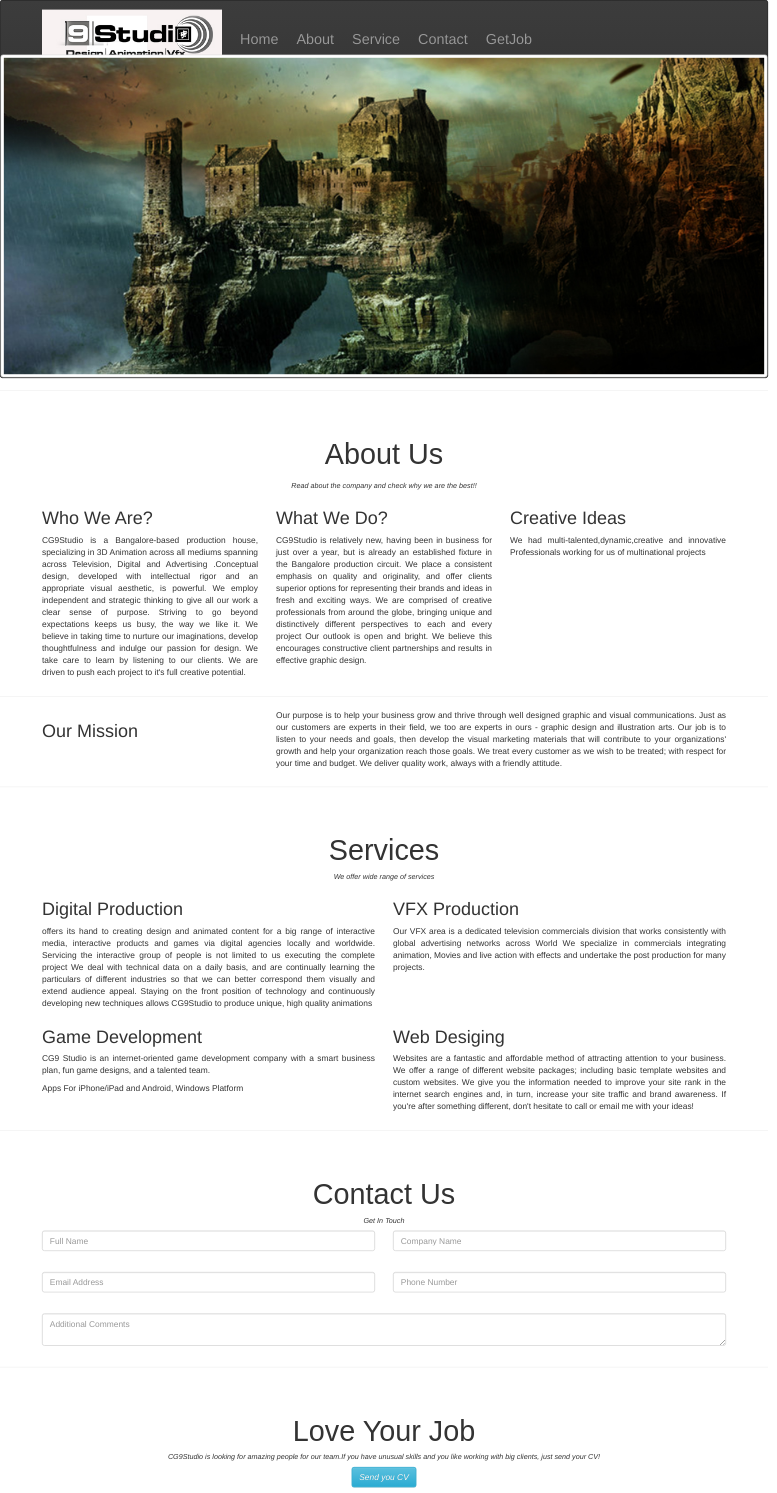
Repository: deepak6sp/BootstrapTheme1
Page: 9studio/WebContent/index.html
These files come from the project's save history. The page is drawn as it stood at one moment and after the next save; the edit follows.
The browser window is 1280 px wide. The page is 1295 px wide, so the pictures cover 1295 px, including what lies to the right of the window. The pictures show the whole page, at 60% of full size.
Some web libraries are served in a nearby version.

Above is the page before, as saved 2014-07-23 13:41:09.

### 9studio/WebContent/index.html
<!DOCTYPE html>
<html>
<head>
<meta charset="ISO-8859-1">
<title>Welcome To 9Studio</title>
<link rel="stylesheet" type="text/css" href="css/style.css">
<link rel="stylesheet" type="text/css" href="css/bootstrap.min.css">
<link rel="stylesheet" type="text/css" href="css/bootstrap-theme.min.css">
</head>
<body>
	<header class="navbar navbar-inverse">
		<div class="container">
			<div class="navbar-header">
				<a class="navbar-brand" href="#" title="9studio"><img src="images/logo.jpg"></a>
				<button class="navbar-toggle" data-toggle="collapse" data-target="#navheaderCollapse">
					<span class="icon-bar"></span>
			        <span class="icon-bar"></span>
			        <span class="icon-bar"></span>
	      		</button>
	      	</div>
	      	<br></br>
      		<div class="collapse navbar-collapse navbar-collapse-top" id="navheaderCollapse">
				<ul class="nav navbar-nav" >
					<li><a href="#">Home</a></li>
					<li><a href="#about-us">About</a></li>
					<li><a href="#service">Service</a></li>
					<li><a href="#contact">Contact</a></li>
					<li><a href="#getjob">GetJob</a></li>
				</ul>
			</div>
		</div>
		<img src="images/home1.jpg" class="img-thumbnail">
	</header>
	<hr><br></br>
		<section id="about-us">
			<div class="container">
				<div class="row text-center"><h1>About Us</h1></div>
				<div class="row text-center"><h6>Read about the company and check why we are the best!!</h6></div>
			</div>
			<div class="container">
				<div class="row">
					<div class="col-md-4">
						<h2>Who We Are?</h2>
						<p class="text-justify">CG9Studio is a Bangalore-based production house, specializing in 3D Animation across all mediums spanning across Television,
						Digital and Advertising .Conceptual design, developed with intellectual rigor and an appropriate visual aesthetic, is powerful.
						We employ independent and strategic thinking to give all our work a clear sense of purpose. Striving to go beyond expectations
						keeps us busy, the way we like it. We believe in taking time to nurture our imaginations, develop thoughtfulness and indulge our
						passion for design. We take care to learn by listening to our clients. We are driven to push each project to it's full creative
						potential.</p>
					</div>
					<div class="col-md-4">
						<h2>What We Do?</h2>
						<p class="text-justify">CG9Studio is relatively new, having been in business for just over a year, but is already an established fixture in the Bangalore
						production circuit. We place a consistent emphasis on quality and originality, and offer clients superior options for representing
						their brands and ideas in fresh and exciting ways. We are comprised of creative professionals from around the globe, bringing unique
						and distinctively different perspectives to each and every project Our outlook is open and bright. We believe this encourages
						constructive client partnerships and results in effective graphic design.</p>
					</div>
					<div class="col-md-4">
						<h2>Creative Ideas</h2>
						<p class="text-justify"> We had multi-talented,dynamic,creative and innovative Professionals working for us of multinational projects</p>
					</div>
				</div>
			</div>
			<hr>
			<div class="container">
				<div class="row">
					<div class="col-md-4">
						<h2>Our Mission</h2>
					</div>
					<div class="col-md-8">
						<p class="text-justify">Our purpose is to help your business grow and thrive through well designed graphic and visual communications. Just as our
						customers are experts in their field, we too are experts in ours - graphic design and illustration arts. Our job is to listen
						to your needs and goals, then develop the visual marketing materials that will contribute to your organizations' growth and help
						your organization reach those goals. We treat every customer as we wish to be treated; with respect for your time and budget. We
						deliver quality work, always with a friendly attitude.
					</div>
				</div>
			</div>
		</section>

	<hr><br></br>
		<section id="service">
			<div class="container">
				<h1 class="row text-center">Services</h1>
				<h6 class="row text-center">We offer wide range of services</h6>
			</div>
			<div class="container">
				<div class="row">
					<div class="col-md-6">
						<h2>Digital Production</h2>
						<p class="text-justify"> offers its hand to creating design and animated content for a big range of interactive media, interactive products and games
						via digital agencies locally and worldwide.  Servicing the interactive group of people is not limited to us executing the complete
						project We deal with technical data on a daily basis, and are continually learning the particulars of different industries so that
						we can better correspond them visually and extend audience appeal. Staying on the front position of technology and continuously
						developing new techniques allows CG9Studio to produce unique, high quality animations</p>
					</div>
					<div class="col-md-6">
						<h2>VFX Production</h2>
						<p class="text-justify">Our VFX area is a dedicated television commercials division that works consistently with global advertising networks across
						World We specialize in commercials integrating animation, Movies and live action with effects and undertake the post production for
						many projects.</p>
					</div>
				</div>
			</div>
			<div class="container">
				<div class="row">
					<div class="col-md-6">
						<h2>Game Development</h2>
						<p class="text-justify">CG9 Studio is  an internet-oriented game development company with a smart business plan, fun  game designs, and a talented team.</P>
						<p class="text-justify">Apps For  iPhone/iPad and Android, Windows Platform</p>
					</div>
					<div class="col-md-6">
						<h2>Web Desiging</h2>
						<p class="text-justify">Websites are a fantastic and affordable method of  attracting attention to your business. We offer a range of different website
						packages; including basic template websites and custom websites. We give you the  information needed to improve your site rank in the
						internet search engines  and, in turn, increase your site traffic and brand awareness.  If you're  after something different, don't
						hesitate to call or email me with your ideas!</p>
					</div>
				</div>
			</div>
		</section>

	<hr><br></br>
		<section id="contact">
			<div class="container">
				<h1 class="row text-center">Contact Us</h1>
				<h6 class="row text-center">Get In Touch</h6>
			</div>
			<div class="container">
				<form class="row">
					<div class="col-md-6">
						<div class="form-group">
							<input type="text" class="form-control" placeholder="Full Name"/>
						</div>
						<br />
						<div class="form-group">
							<input type="email" class="form-control" placeholder="Email Address">
						</div>
						<br />
					</div>
					<div class="col-md-6">
						<div class="form-group">
							<input type="text" class="form-control" placeholder="Company Name">
						</div>
						<br />
						<div class="form-group">
							<input type="number" class="form-control" placeholder="Phone Number">
						</div>
						<br />
					</div>
					<div class="col-md-12">
						<div class="form-group">
							<textarea class="form-control" placeholder="Additional Comments"></textarea>
						</div>
					</div>
				</form>
			</div>
		</section>

	<hr><br></br>
		<section id="getjob">
			<div id="container">
				<div class="row text-center">
					<h1 >Love Your Job</h1>
					<h6 >CG9Studio is looking for amazing people for our team.If you have unusual skills and you like working with big clients, just send your CV!</h6>
					<h6 ><button type="button" class="btn btn-info">Send you CV</button></h6>
				</div>
			</div>
		</section>

	<script src="http://ajax.googleapis.com/ajax/libs/jquery/1.11.1/jquery.min.js"></script>
	<script src="js/bootstrap.min.js"></script>
	<script src="js/script.js"></script>
</body>
</html>

### 9studio/WebContent/css/style.css
@CHARSET "ISO-8859-1";

div h1{
	font-family:Arial,Helvetica,sans-serif;
	font-size:48px;
}

div h6{
	font-style:italic;
}

div ul li a{
	color:grey;
	font-size:24px;
}

### 9studio/WebContent/js/script.js
$(document).ready(function(){
		$('a[href^="#"]').on('click',function (e) {
		    e.preventDefault();

		    var target = this.hash,
		    $target = $(target);

		    $('html, body').stop().animate({
		        'scrollTop': $target.offset().top
		    }, 900, 'swing', function () {
		        window.location.hash = target;
		    });
		});
	});

Loaded but not shown: 9studio/WebContent/css/bootstrap.min.css (library); 9studio/WebContent/css/bootstrap-theme.min.css (library); 9studio/WebContent/js/bootstrap.min.js (library)

After the next save:
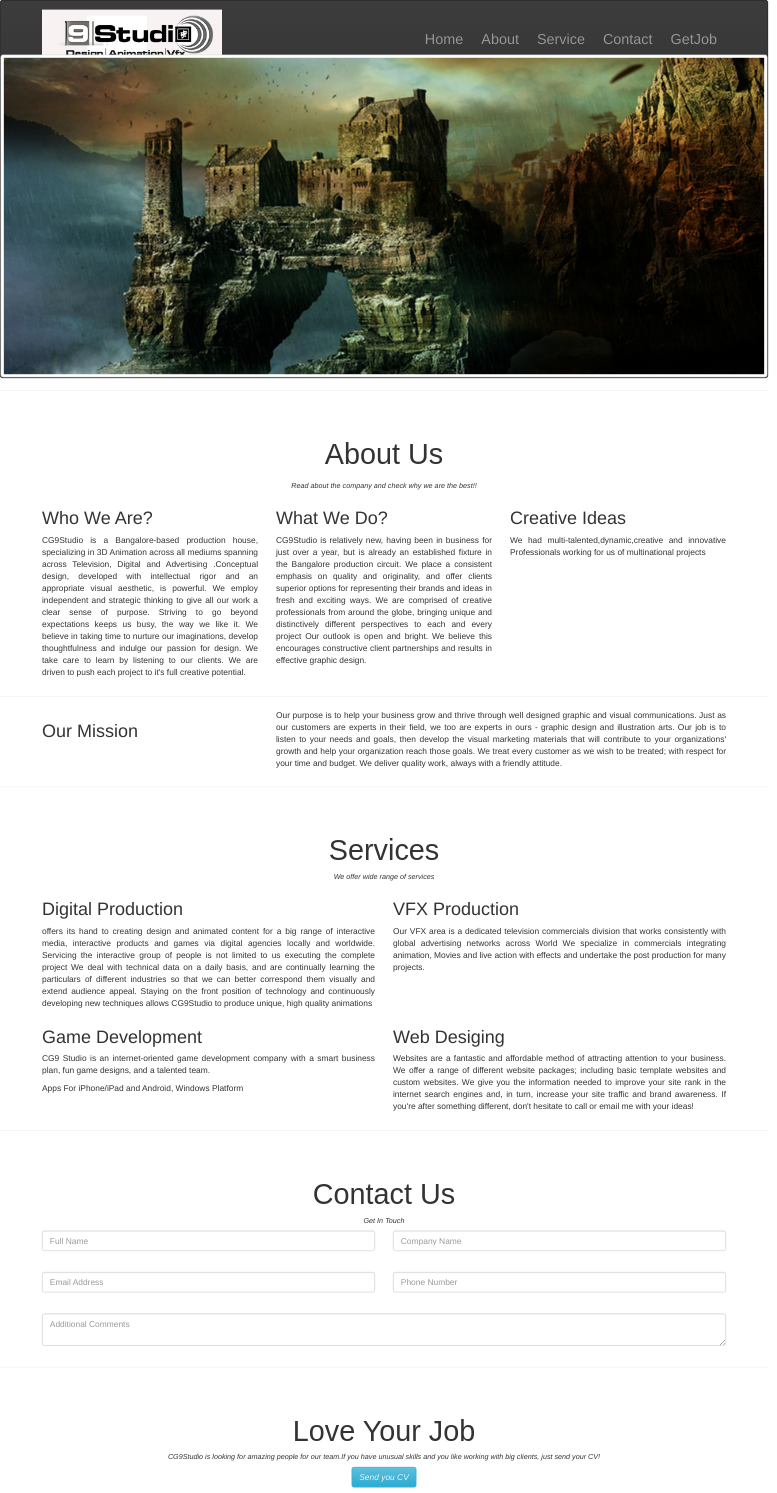
Saved 74 s later.
--- a/9studio/WebContent/index.html
+++ b/9studio/WebContent/index.html
@@ -20,7 +20,7 @@
 	      	</div>
 	      	<br></br>
       		<div class="collapse navbar-collapse navbar-collapse-top" id="navheaderCollapse">
-				<ul class="nav navbar-nav" >
+				<ul class="nav navbar-nav navbar-right" >
 					<li><a href="#">Home</a></li>
 					<li><a href="#about-us">About</a></li>
 					<li><a href="#service">Service</a></li>
